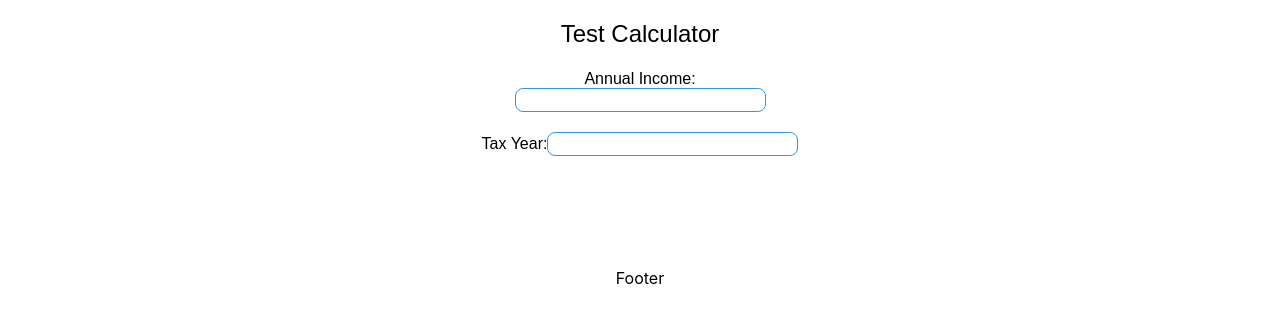
Repository: jbpadilha/taxcalculator
Page: /
These files come from the project's save history. The page is drawn as it stood at one moment and after the next save; the edit follows.
The browser window is 1280 px wide. The pictures show the whole page.
The project was rebuilt for these pictures with package versions that can differ from the ones it lists, and the page was loaded fresh each time.

Above is the page before, as saved 2023-06-16 21:09:00.

After the next save:
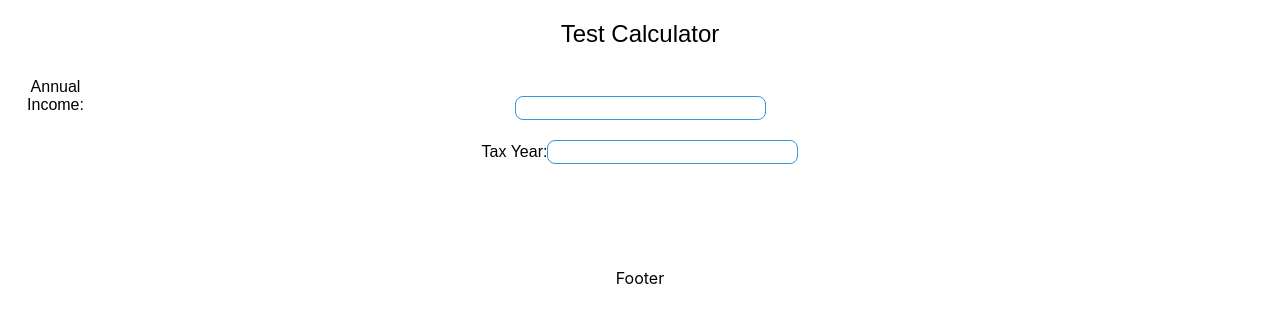
Saved 15 s later.
--- a/src/components/Main.tsx
+++ b/src/components/Main.tsx
@@ -49,7 +49,7 @@ const Main = () => {
             <div style={styles.title}>Test Calculator</div>
             <div style={styles.content}>
                 <div style={styles.contentInput}>
-                    <div>
+                    <div style={styles.titleInput}>
                         <label htmlFor='income' style={styles.titleInput}>Annual Income:</label>
                     </div>
                     <div>
